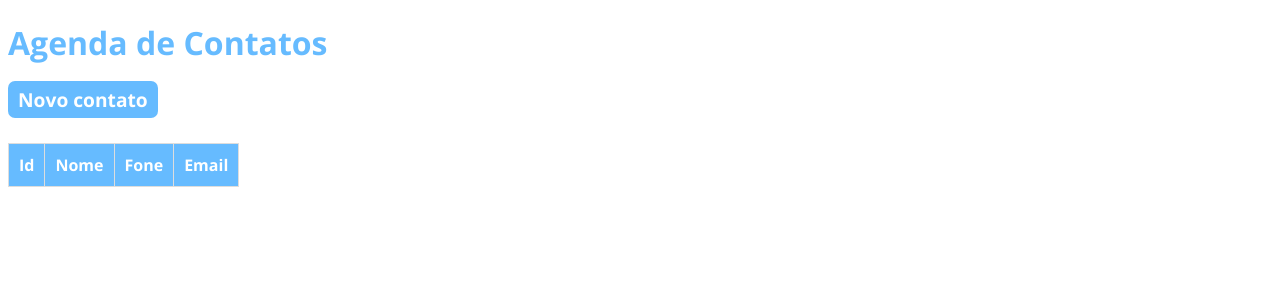
Repository: ricardoalves21/JavaWeb
Page: http://localhost/agenda/main
These files come from the project's save history. The page is drawn as it stood at one moment and after the next save; the edit follows.
The browser window is 1280 px wide. The pictures show the whole page.
The page is served by Tomcat 9. Queries for data that is not in the repository find no rows.

Above is the page before, as saved 2021-06-17 00:28:32.

After the next save:
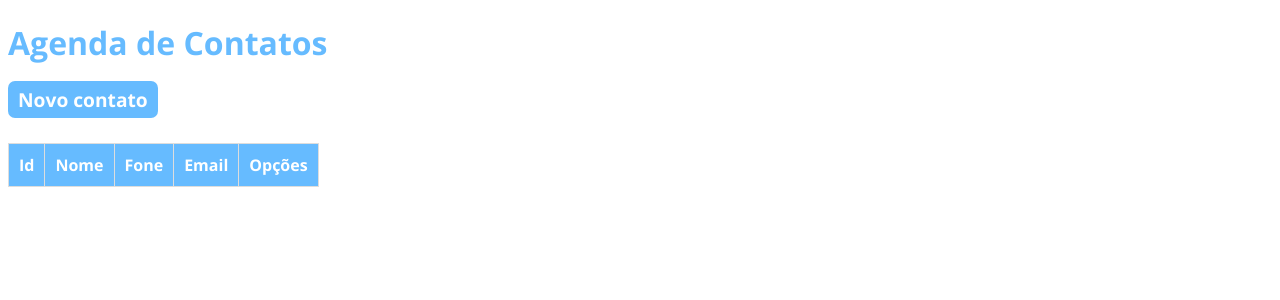
Saved 8 min 31 s later.
--- a/projeto_agenda/agenda/WebContent/agenda.jsp
+++ b/projeto_agenda/agenda/WebContent/agenda.jsp
@@ -24,6 +24,7 @@
 				<th>Nome</th>
 				<th>Fone</th>
 				<th>Email</th>
+				<th>Opções</th>
 			</tr>
 		</thead>
 		<tbody>
